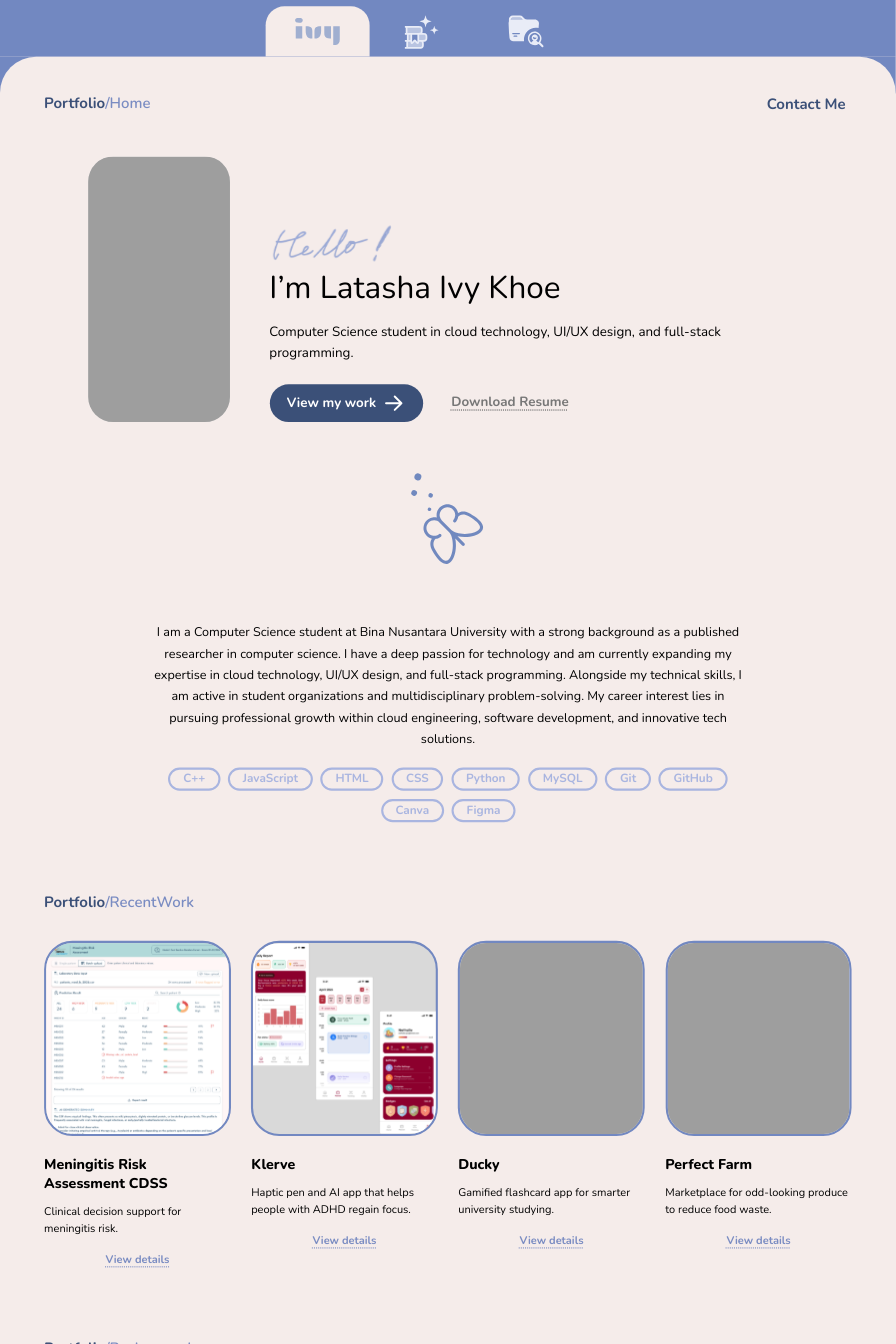
Repository: L-vy/L-vy
Page: /
The author's editor kept a copy of each file at every save. The page is drawn from the files as they stood at one save, then again after the next save.
The browser window is 1280 px wide. The pictures show the part of the page from y = 0 to 1920 px (the page is 3261 px tall before and 3250 px after), at 70% of full size.
Pictures or frames that could not be fetched are drawn as grey boxes. Some web fonts or font styles are not loaded; a fallback is used. The project was rebuilt for these pictures with package versions that can differ from the ones it lists, and the page was loaded fresh each time. Also part of the build but not shown: vite.config.ts, src/components/ExperienceBinder.tsx, src/components/FolderCard.tsx, src/components/ProjectSidebar.tsx, src/pages/ProjectDetails.tsx.

Above is the page before, as saved 2026-10-07 22:16:28.

After the next save:
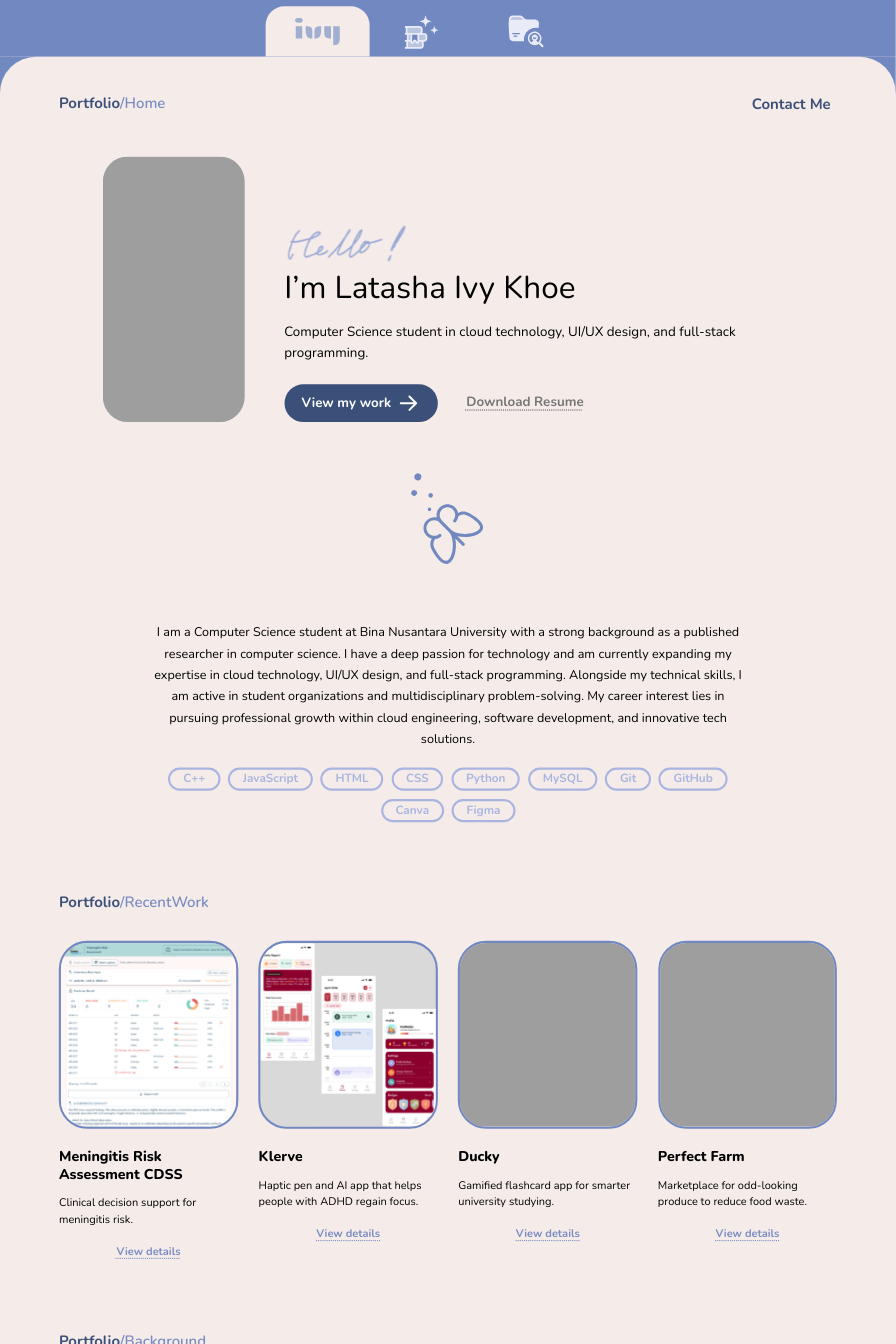
Saved 14 s later.
--- a/src/styles.css
+++ b/src/styles.css
@@ -1,5 +1,5 @@
 /* Sizes are authored at design scale (16px = 1rem) and rendered at 75% via html{font-size:75%}. */
-:root{--blue:#7288c1;--cream:#f5ecea;--ink:#3b5078;--peri:#7a8cc2;--light:#a9b5e0;--bar:#9fadd1;--pill:#d3d6e6;--panel:#d1d4e3;--ph:#d9d9d9;--txt:#000;--gut:max(3.5rem,calc((75% - 68.75rem)/2 + 3.5rem));color-scheme:light}
+:root{--blue:#7288c1;--cream:#f5ecea;--ink:#3b5078;--peri:#7a8cc2;--light:#a9b5e0;--bar:#9fadd1;--pill:#d3d6e6;--panel:#d1d4e3;--ph:#d9d9d9;--txt:#000;--gut:max(3.5rem,calc((100% - 68.75rem)/2 + 3.5rem));color-scheme:light}
 html{font-size:75%}
 *{box-sizing:border-box}
 body{margin:0;background:var(--cream);color:var(--txt);font-family:'Nunito',system-ui,sans-serif;line-height:1.4}
